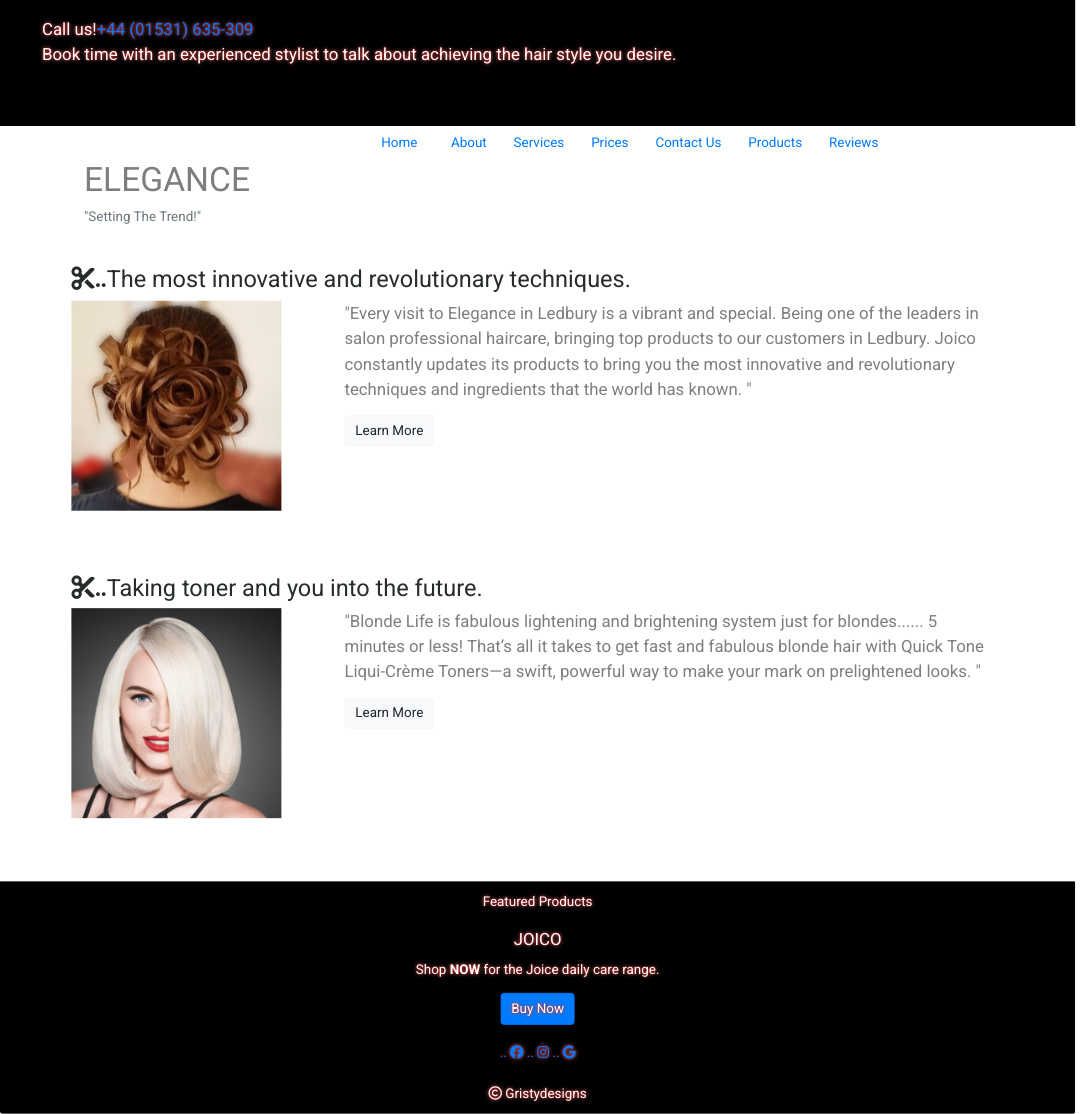
Repository: Gristydesigns/elegance-salon
Page: index.html
The author's editor kept a record of every edit. The page is drawn from the files as they stood at one moment, then again after the next edit.
The browser window is 1280 px wide. The page is 1295 px wide, so the pictures cover 1295 px, including what lies to the right of the window. The pictures show the whole page, at 84% of full size.
Some web libraries are served in a nearby version.

Above is the page before.
Console error: TypeError: Cannot read properties of undefined (reading 'fn')

After the next edit:
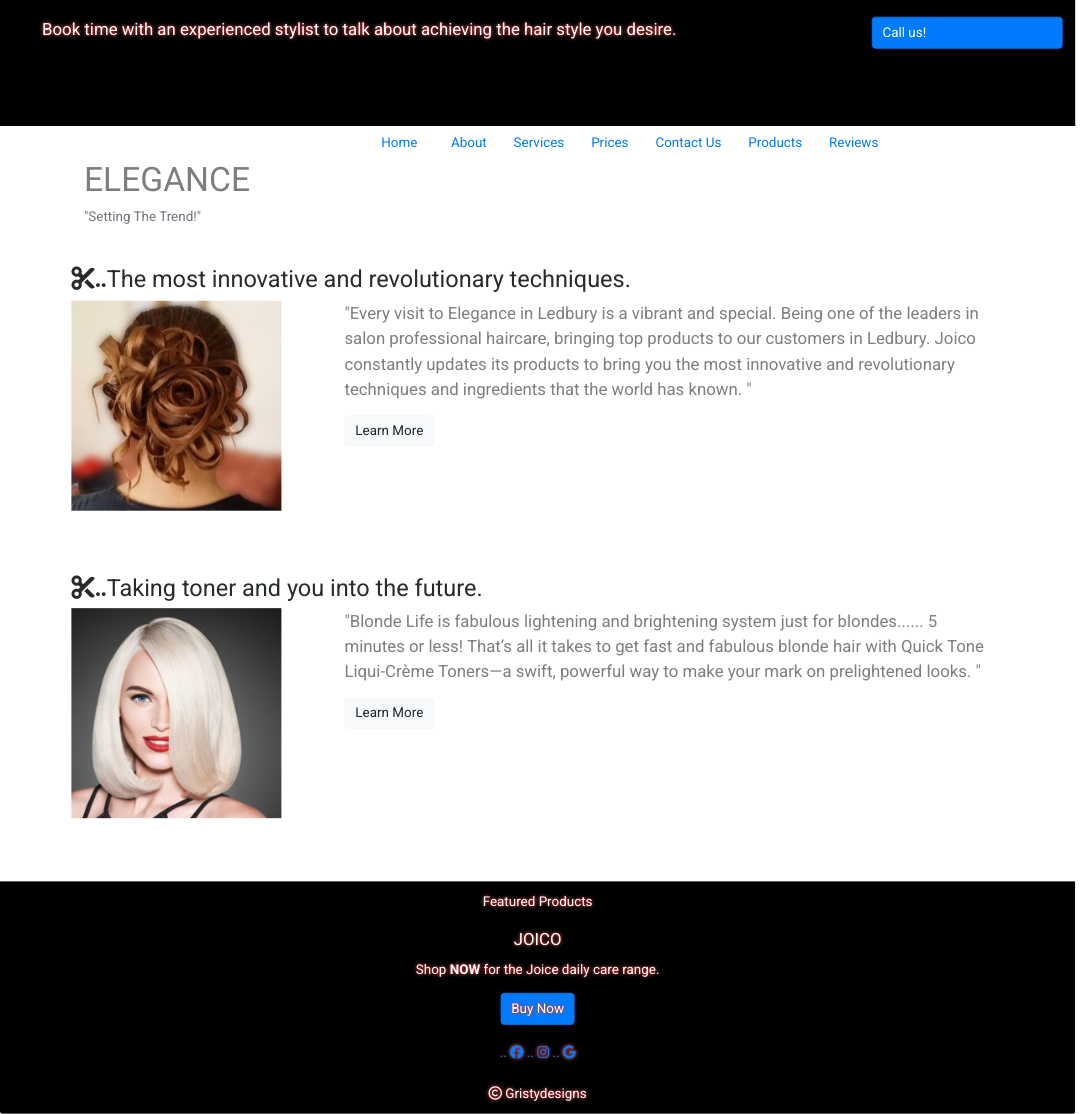
The edit:
--- a/index.html
+++ b/index.html
@@ -22,9 +22,9 @@
         <!--callout--------------->
         <section class="container-fluid call-to-action">
             <div class="row">
-                <div class="col-12 col-md-10>
-                    <button class="btn-spinner-grow btn-spinner-grow-sm btn btn-primary btn-md float-right role="button" >Call us!<a href="tel:+44-1531-635-309">+44 (01531) 635-309</a></button>
-                <p class="lead">Book time with an experienced stylist to talk about achieving the hair style you desire.</p>
+                <div class="col-12 ">
+                    <button class="btn-spinner-grow btn-spinner-grow-sm btn btn-primary btn-md float-right role="button" >Call us!<a href="tel:+44-1531-635-309 ">+44 (01531) 635-309</a></button>
+                <p class="lead ">Book time with an experienced stylist  to talk about achieving the hair style you desire.</p>
                 </div>
             </div>
         </section>
